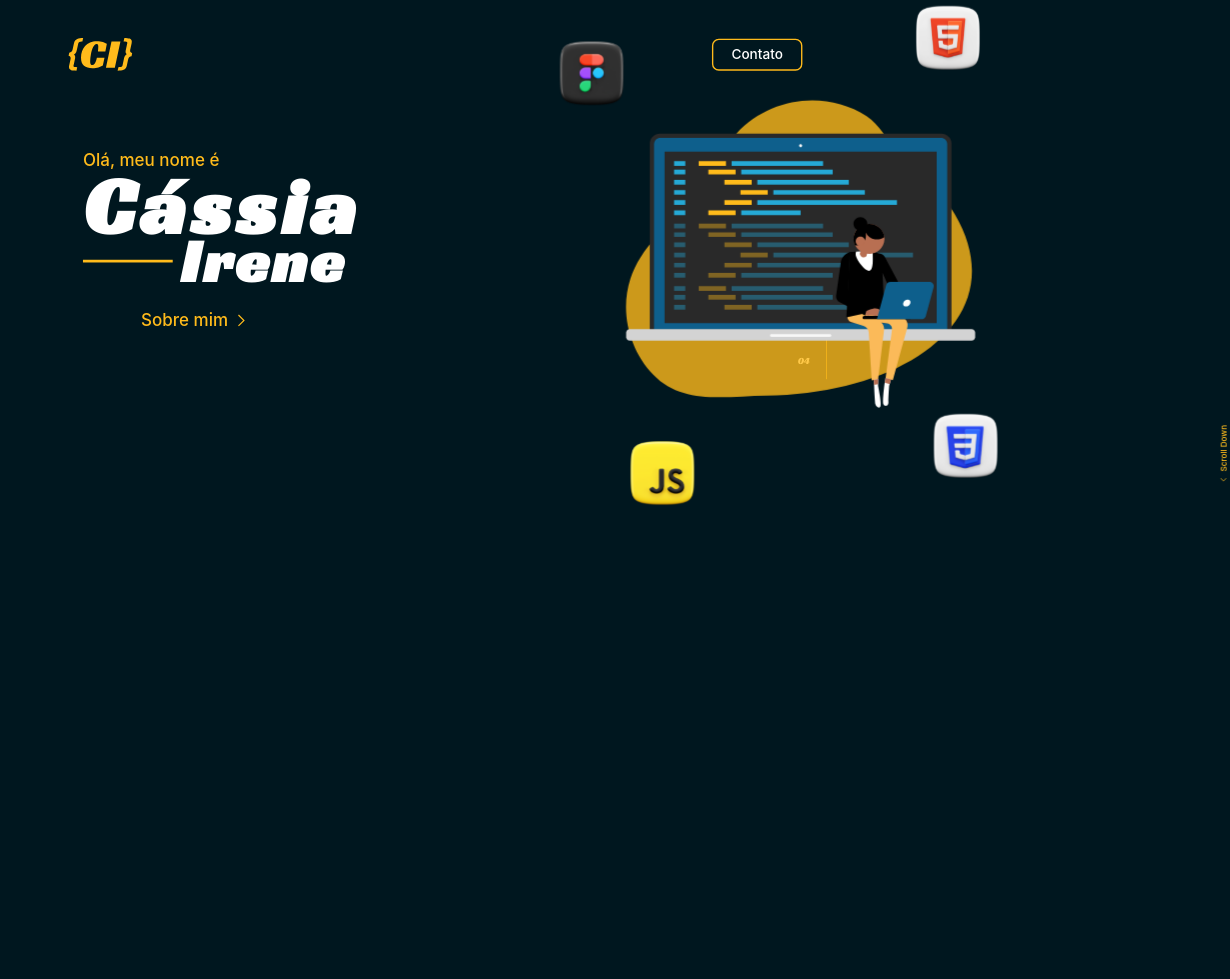
Repository: Cassia-Irene/My-Portfolio
Page: /
An editor plug-in stored every save of this project. The page is shown before and after the next save, followed by the edit.
The browser window is 1280 px wide. The page is 1809 px wide, so the pictures cover 1809 px, including what lies to the right of the window. The pictures show the whole page, at 68% of full size.
The project was rebuilt for these pictures with package versions that can differ from the ones it lists, and the page was loaded fresh each time. Also part of the build but not shown: vite.config.ts.

Above is the page before, as saved 2025-08-03 21:56:36.

After the next save:
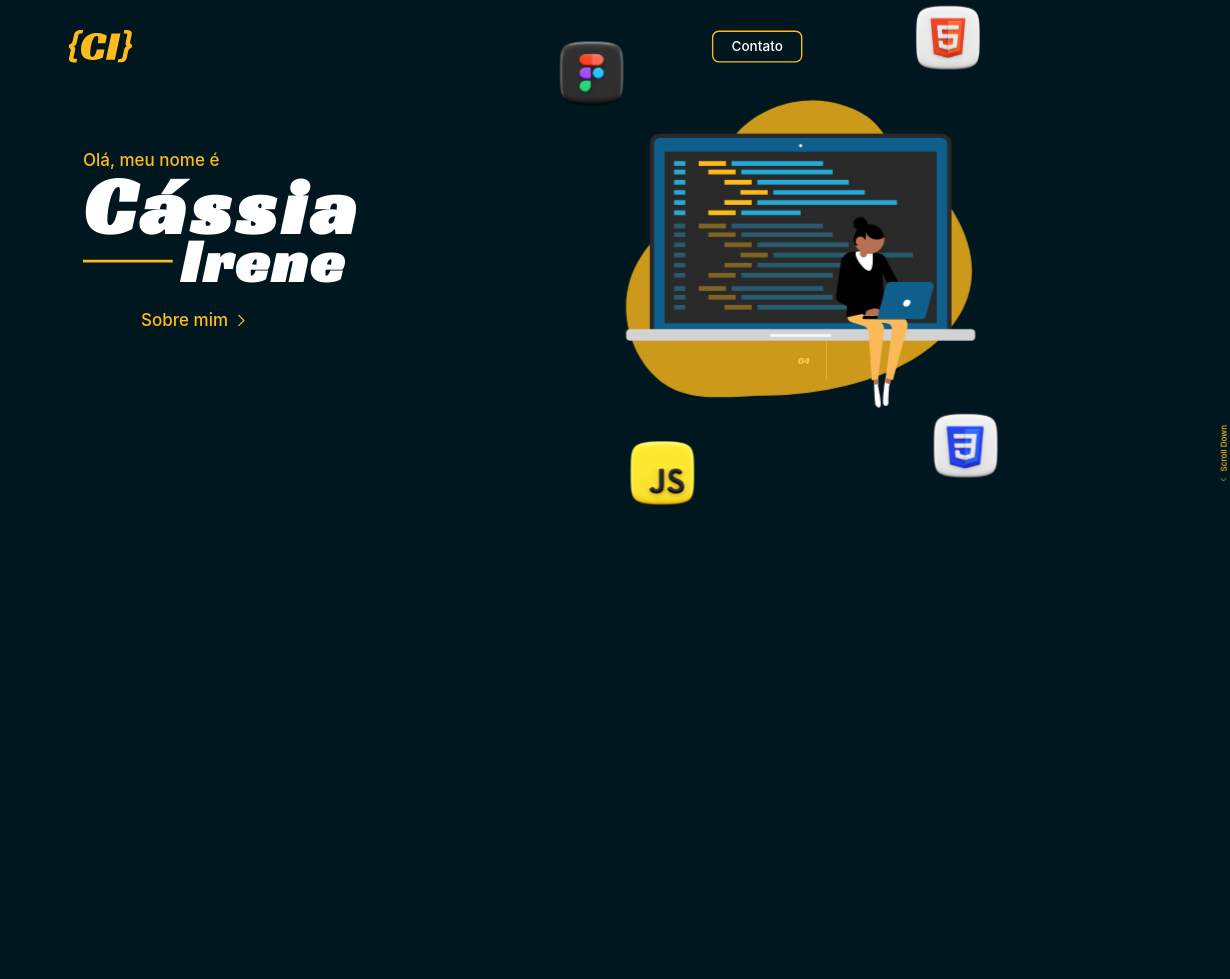
Saved 92 s later.
--- a/src/Header.tsx
+++ b/src/Header.tsx
@@ -1,17 +1,13 @@
-import { useEffect, useState } from "react";
 import styled from "styled-components";
 
-const HeaderContainer = styled.header<{ isScrolled: boolean }>`
+const HeaderContainer = styled.header`
     width: 100%;
     position: fixed;
+    top: 30px;
     display: flex;
     justify-content: space-between;
     align-items: center;
-    padding: 80px 100px 60px;
-    z-index: 1000;
-    height: 80px;
-    background-color: ${({ isScrolled }) => (isScrolled ? "#00171F" : "transparent")};
-    transition: background-color 0.3s ease;
+    padding: 0 100px;
 }
 `;
 
@@ -20,7 +16,7 @@ const Logo = styled.img`
     height: 76px;
 `;
 
-const ContatoButton = styled.button`
+const Button = styled.button`
     width: 133px;
     height: 47px;
     border: solid 2px #FFBB1B;
@@ -41,19 +37,10 @@ const ContatoButton = styled.button`
 `;
 
 const Header = () => {
-   const [isScrolled, setIsScrolled] = useState(false);
-
-  useEffect(() => {
-    const onScroll = () => {
-      setIsScrolled(window.scrollY > 2);
-    };
-    window.addEventListener("scroll", onScroll);
-    return () => window.removeEventListener("scroll", onScroll);
-  }, []);
   return (
-    <HeaderContainer isScrolled={isScrolled}>
+    <HeaderContainer>
         <Logo src="/src/assets/logo.svg" alt="Logo" />
-      <ContatoButton>Contato</ContatoButton>
+      <Button>Contato</Button>
     </HeaderContainer>
   );
 };
